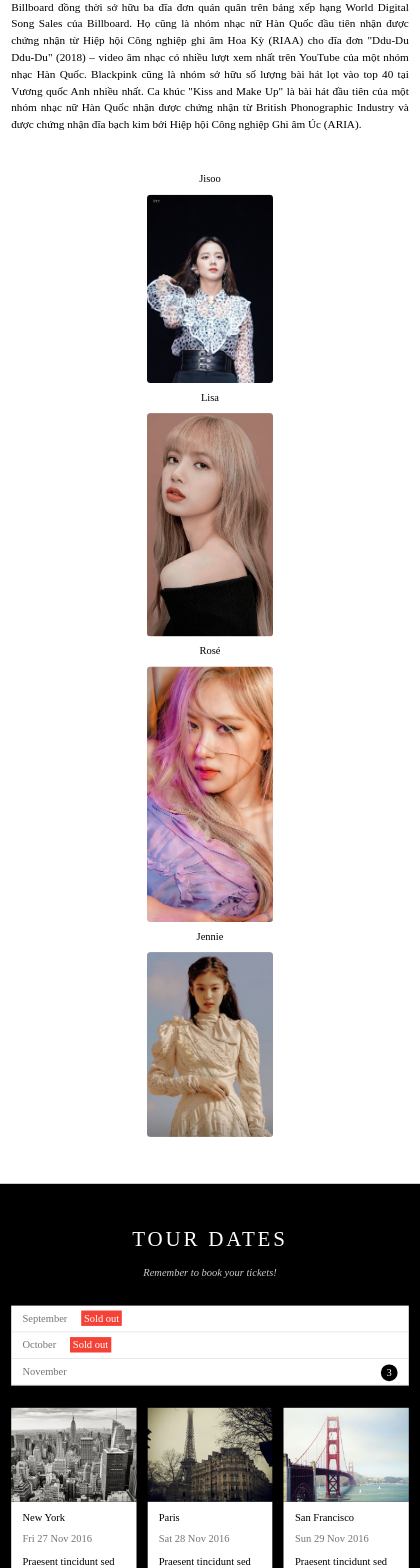
Repository: vanntrong/w3_band
Page: index.html
The author's editor kept a copy of each file at every save. The page is drawn from the files as they stood at one save, then again after the next save.
The browser window is 600 px wide. The pictures show the part of the page from y = 723 to 2963 px (the page is 4094 px tall before and 4098 px after), at 70% of full size.

Above is the page before, as saved 2021-08-27 20:03:16.

After the next save:
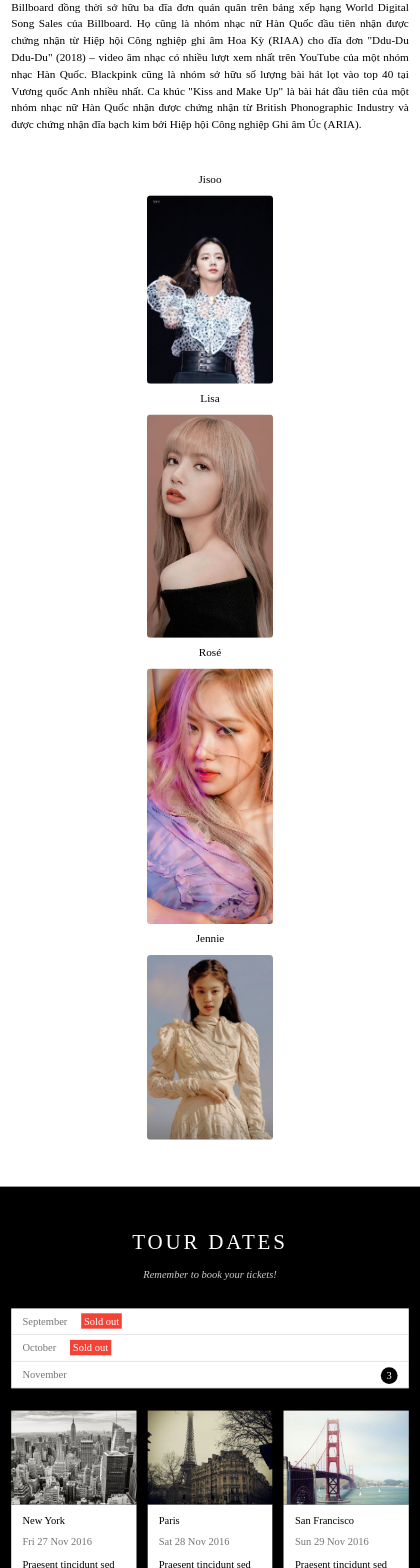
Saved 87 s later.
--- a/assest/css/responsive.css
+++ b/assest/css/responsive.css
@@ -39,5 +39,9 @@
 
   #content .member-name {
     padding-top: 10px;
+    font-size: 16px;
+    color: ;
+    font-weight: normal;
+    line-height: inherit;
   }
 }
